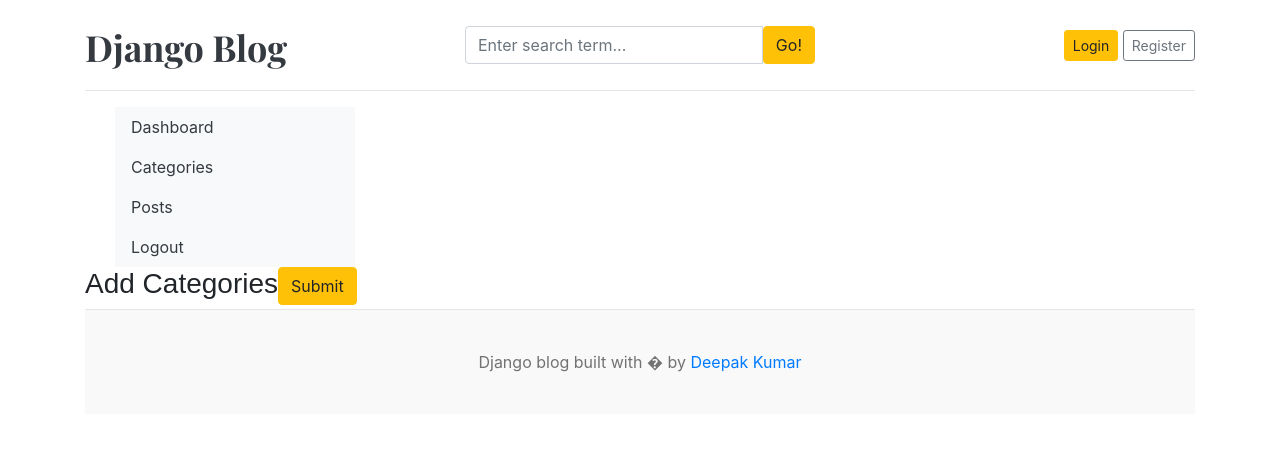
Repository: vijayholve/Blog-Website-Django
Page: templates/dashboard/add_categories.html
The author's editor kept a copy of each file at every save. The page is drawn from the files as they stood at one save, then again after a run of saves.
The browser window is 1280 px wide. The pictures show the whole page.
The template is drawn by Django 5.2. The application's start-up code is not run. Other server files are loaded and not shown. The template is opened directly, without the code that normally fills it, so the values that code supplies are empty.

Above is the page before, as saved 2025-01-29 15:47:04.

### templates/dashboard/add_categories.html
{% extends '../base/base.html' %}

{% block content %}
<div class="container-fluid">
    <!-- left sidebar -->
    {% include './leftsidebar.html' %}


    <!-- right sidebar -->
    <div class="row">
        <h3>Add Categories</h3>

      <form action="" method="POST" style="width: 500px;">
        {% csrf_token %}
        {{ form  }}
        <button type="submit" class="btn btn-warning">Submit</button>
      </form>
    </div>
</div>

{% endblock %}

### templates/base/base.html
<!-- Header part -->
{% include './header.html' %}

<!-- Main content part -->
{% block content %}

{% endblock %}

<!-- Footer -->
{% include './footer.html' %}

### templates/base/header.html
{% load static %}
<!DOCTYPE html>
<html lang="en">
<head>
    <meta charset="UTF-8">
    <meta http-equiv="X-UA-Compatible" content="IE=edge">
    <meta name="viewport" content="width=device-width, initial-scale=1.0">
    <title>SM Joshi Blogs</title>
    <link href="https://getbootstrap.com/docs/4.0/dist/css/bootstrap.min.css" rel="stylesheet">
    <link href="https://fonts.googleapis.com/css?family=Playfair+Display:700,900" rel="stylesheet">
    <link href="{% static 'css/blog.css' %}" rel="stylesheet">
    <link href="{% static 'css/Navbar.css' %}" rel="stylesheet">
    <link rel="stylesheet" href="https://cdn.jsdelivr.net/npm/bootstrap@4.4.1/dist/css/bootstrap.min.css" integrity="sha384-Vkoo8x4CGsO3+Hhxv8T/Q5PaXtkKtu6ug5TOeNV6gBiFeWPGFN9MuhOf23Q9Ifjh" crossorigin="anonymous">
    <link rel="stylesheet" href="https://cdnjs.cloudflare.com/ajax/libs/font-awesome/4.7.0/css/font-awesome.min.css">
  </head>
<body>
    <div class="container">
      <header class="blog-header py-3">
        <div class="row flex-nowrap justify-content-between align-items-center">
          <div class="col-4 pt-1">
            <a class="blog-header-logo text-dark" href="/">Django Blog</a>
          </div>
          <div class="col-4">
            <form action="{% url 'search' %}" method="GET">
              <div class="input-group">
                <input class="form-control" name="keyword" type="text" placeholder="Enter search term..." aria-label="Enter search term..." aria-describedby="button-search" />
                <button type="submit" class="btn btn-warning" id="button-search" type="button">Go!</button>
            </div>
            </form>
          </div>

          <div class="col-4 d-flex justify-content-end align-items-center">
            {% if not user.is_authenticated %}
            <a class="btn btn-sm btn-warning" href="{% url 'login' %}">Login</a> &nbsp;
            <a class="btn btn-sm btn-outline-secondary" href="{% url 'register' %}">Register</a>
            {% else %}
            <span><a href="{% url 'dashboard' %}" class="btn btn-warning">Dashboard</a></span> &nbsp;
            <span><a href="{% url 'logout' %}">Logout</a></span>
            {% endif %}
          </div>
        </div>
      </header>

      <div class="nav-scroller py-1 mb-2">
        <nav class="nav d-flex justify-content-between">
          {% for cat in categories %}
          <a class="p-2 text-muted" href="{% url 'posts_by_category' cat.id  %}">{{ cat.category_name }}</a>
          {% endfor %}
        </nav>
      </div>

### templates/dashboard/leftsidebar.html
<div class="col-md-3">
    <div class="nav flex-column nav-pills bg-light aria-orientation='vertical'">
        <a href="{% url 'dashboard' %}" class="nav-link text-dark {% if '/dashboard/' == request.path %} bg-warning {% endif %}">Dashboard</a>
         {% if perms.auth.view_user %}
          <a href="{% url 'users' %}" class="nav-link text-dark {% if '/users/' in request.path %} bg-warning {% endif %}">Users</a>
        {% endif %}
        <a href="{% url 'categories' %}" class="nav-link text-dark {% if '/categories/' in request.path %} bg-warning {% endif %}">Categories</a>
        <a href="{% url 'posts' %}" class="nav-link text-dark {% if '/posts/' in request.path %} bg-warning {% endif %}">Posts</a>
        <a href="" class="nav-link text-dark">Logout</a>
    </div>
</div>

### templates/base/footer.html
<footer class="blog-footer">
    <p>Django blog built with � by <a href="#">Deepak Kumar</a></p>
  </footer>
  </body>
  </html>

### static/css/blog.css
/* stylelint-disable selector-list-comma-newline-after */

.blog-header {
  border-bottom: 1px solid #e5e5e5;
}

.blog-header-logo {
  font-family: "Playfair Display", Georgia, "Times New Roman", serif/*rtl:Amiri, Georgia, "Times New Roman", serif*/;
  font-size: 2.25rem;
}

.blog-header-logo:hover {
  text-decoration: none;
}

h1, h2, h3, h4, h5, h6 {
  font-family: "Playfair Display", Georgia, "Times New Roman", serif/*rtl:Amiri, Georgia, "Times New Roman", serif*/;
}

.display-4 {
  font-size: 2.5rem;
}
@media (min-width: 768px) {
  .display-4 {
    font-size: 3rem;
  }
}

.flex-auto {
  flex: 0 0 auto;
}

.h-250 { height: 250px; }
@media (min-width: 768px) {
  .h-md-250 { height: 250px; }
}

/* Pagination */
.blog-pagination {
  margin-bottom: 4rem;
}

/*
 * Blog posts
 */
.blog-post {
  margin-bottom: 4rem;
}
.blog-post-title {
  font-size: 2.5rem;
}
.blog-post-meta {
  margin-bottom: 1.25rem;
  color: #727272;
}

/*
 * Footer
 */
.blog-footer {
  padding: 2.5rem 0;
  color: #727272;
  text-align: center;
  background-color: #f9f9f9;
  border-top: .05rem solid #e5e5e5;
}
.blog-footer p:last-child {
  margin-bottom: 0;
}

### static/css/Navbar.css
:root {
    --font-family-sans-serif: "Open Sans", -apple-system, BlinkMacSystemFont,
    "Segoe UI", Roboto, "Helvetica Neue", Arial, sans-serif, "Apple Color Emoji",
    "Segoe UI Emoji", "Segoe UI Symbol", "Noto Color Emoji";
}

*, *::before, *::after {
    -webkit-box-sizing: border-box;
    box-sizing: border-box;
}

html {
    font-family: sans-serif;
    line-height: 1.15;
    -webkit-text-size-adjust: 100%;
    -webkit-tap-highlight-color: rgba(0, 0, 0, 0);
}

nav {
    display: block;
}

body {
    margin: 0;
    font-family: "Open Sans", -apple-system, BlinkMacSystemFont, "Segoe UI",
    Roboto, "Helvetica Neue", Arial, sans-serif, "Apple Color Emoji",
    "Segoe UI Emoji", "Segoe UI Symbol", "Noto Color Emoji";
    font-size: 1rem;
    font-weight: 400;
    line-height: 1.5;
    color: #515151;
    text-align: left;
    background-color: #e9edf4;
}

h1, h2, h3, h4, h5, h6 {
    margin-top: 0;
    margin-bottom: 0.5rem;
}

p {
    margin-top: 0;
    margin-bottom: 1rem;
}

a {
    color: #3f84fc;
    text-decoration: none;
    background-color: transparent;
}

a:hover {
    color: #0458eb;
    text-decoration: underline;
}

h1, h2, h3, h4, h5, h6, .h1, .h2, .h3, .h4, .h5, .h6 {
    font-family: "Nunito", sans-serif;
    margin-bottom: 0.5rem;
    font-weight: 500;
    line-height: 1.2;
}

h1, .h1 {
    font-size: 2.5rem;
    font-weight: normal;
}

.card {
    position: relative;
    display: -webkit-box;
    display: -webkit-flex;
    display: -ms-flexbox;
    display: flex;
    -webkit-box-orient: vertical;
    -webkit-box-direction: normal;
    -webkit-flex-direction: column;
    -ms-flex-direction: column;
    flex-direction: column;
    min-width: 0;
    word-wrap: break-word;
    background-color: #fff;
    background-clip: border-box;
    border: 1px solid rgba(0, 0, 0, 0.125);
    border-radius: 0;
}

.card-body {
    -webkit-box-flex: 1;
    -webkit-flex: 1 1 auto;
    -ms-flex: 1 1 auto;
    flex: 1 1 auto;
    padding: 1.25rem;
}

.card-header {
    padding: 0.75rem 1.25rem;
    margin-bottom: 0;
    background-color: rgba(0, 0, 0, 0.03);
    border-bottom: 1px solid rgba(0, 0, 0, 0.125);
    text-align: center;
}

.dashboard {
    display: -webkit-box;
    display: -webkit-flex;
    display: -ms-flexbox;
    display: flex;
    min-height: 100vh;
}

.dashboard-app {
    display: -webkit-box;
    display: -webkit-flex;
    display: -ms-flexbox;
    display: flex;
    -webkit-box-orient: vertical;
    -webkit-box-direction: normal;
    -webkit-flex-direction: column;
    -ms-flex-direction: column;
    flex-direction: column;
    -webkit-box-flex: 2;
    -webkit-flex-grow: 2;
    -ms-flex-positive: 2;
    flex-grow: 2;
    margin-top: 84px;
}

.dashboard-content {
    -webkit-box-flex: 2;
    -webkit-flex-grow: 2;
    -ms-flex-positive: 2;
    flex-grow: 2;
    padding: 25px;
}

.dashboard-nav {
    min-width: 238px;
    position: fixed;
    left: 0;
    top: 0;
    bottom: 0;
    overflow: auto;
    background-color: #373193;
}

.dashboard-compact .dashboard-nav {
    display: none;
}

.dashboard-nav header {
    min-height: 84px;
    padding: 8px 27px;
    display: -webkit-box;
    display: -webkit-flex;
    display: -ms-flexbox;
    display: flex;
    -webkit-box-pack: center;
    -webkit-justify-content: center;
    -ms-flex-pack: center;
    justify-content: center;
    -webkit-box-align: center;
    -webkit-align-items: center;
    -ms-flex-align: center;
    align-items: center;
}

.dashboard-nav header .menu-toggle {
    display: none;
    margin-right: auto;
}

.dashboard-nav a {
    color: #515151;
}

.dashboard-nav a:hover {
    text-decoration: none;
}

.dashboard-nav {
    background-color: #443ea2;
}

.dashboard-nav a {
    color: #fff;
}

.brand-logo {
    font-family: "Nunito", sans-serif;
    font-weight: bold;
    font-size: 20px;
    display: -webkit-box;
    display: -webkit-flex;
    display: -ms-flexbox;
    display: flex;
    color: #515151;
    -webkit-box-align: center;
    -webkit-align-items: center;
    -ms-flex-align: center;
    align-items: center;
}

.brand-logo:focus, .brand-logo:active, .brand-logo:hover {
    color: #dbdbdb;
    text-decoration: none;
}

.brand-logo i {
    color: #d2d1d1;
    font-size: 27px;
    margin-right: 10px;
}

.dashboard-nav-list {
    display: -webkit-box;
    display: -webkit-flex;
    display: -ms-flexbox;
    display: flex;
    -webkit-box-orient: vertical;
    -webkit-box-direction: normal;
    -webkit-flex-direction: column;
    -ms-flex-direction: column;
    flex-direction: column;
}

.dashboard-nav-item {
    min-height: 56px;
    padding: 8px 20px 8px 70px;
    display: -webkit-box;
    display: -webkit-flex;
    display: -ms-flexbox;
    display: flex;
    -webkit-box-align: center;
    -webkit-align-items: center;
    -ms-flex-align: center;
    align-items: center;
    letter-spacing: 0.02em;
    transition: ease-out 0.5s;
}

.dashboard-nav-item i {
    width: 36px;
    font-size: 19px;
    margin-left: -40px;
}

.dashboard-nav-item:hover {
    background: rgba(255, 255, 255, 0.04);
}

.active {
    background: rgba(0, 0, 0, 0.1);
}

.dashboard-nav-dropdown {
    display: -webkit-box;
    display: -webkit-flex;
    display: -ms-flexbox;
    display: flex;
    -webkit-box-orient: vertical;
    -webkit-box-direction: normal;
    -webkit-flex-direction: column;
    -ms-flex-direction: column;
    flex-direction: column;
}

.dashboard-nav-dropdown.show {
    background: rgba(255, 255, 255, 0.04);
}

.dashboard-nav-dropdown.show > .dashboard-nav-dropdown-toggle {
    font-weight: bold;
}

.dashboard-nav-dropdown.show > .dashboard-nav-dropdown-toggle:after {
    -webkit-transform: none;
    -o-transform: none;
    transform: none;
}

.dashboard-nav-dropdown.show > .dashboard-nav-dropdown-menu {
    display: -webkit-box;
    display: -webkit-flex;
    display: -ms-flexbox;
    display: flex;
}

.dashboard-nav-dropdown-toggle:after {
    content: "";
    margin-left: auto;
    display: inline-block;
    width: 0;
    height: 0;
    border-left: 5px solid transparent;
    border-right: 5px solid transparent;
    border-top: 5px solid rgba(81, 81, 81, 0.8);
    -webkit-transform: rotate(90deg);
    -o-transform: rotate(90deg);
    transform: rotate(90deg);
}

.dashboard-nav .dashboard-nav-dropdown-toggle:after {
    border-top-color: rgba(255, 255, 255, 0.72);
}

.dashboard-nav-dropdown-menu {
    display: none;
    -webkit-box-orient: vertical;
    -webkit-box-direction: normal;
    -webkit-flex-direction: column;
    -ms-flex-direction: column;
    flex-direction: column;
}

.dashboard-nav-dropdown-item {
    min-height: 40px;
    padding: 8px 20px 8px 70px;
    display: -webkit-box;
    display: -webkit-flex;
    display: -ms-flexbox;
    display: flex;
    -webkit-box-align: center;
    -webkit-align-items: center;
    -ms-flex-align: center;
    align-items: center;
    transition: ease-out 0.5s;
}

.dashboard-nav-dropdown-item:hover {
    background: rgba(255, 255, 255, 0.04);
}

.menu-toggle {
    position: relative;
    width: 42px;
    height: 42px;
    display: -webkit-box;
    display: -webkit-flex;
    display: -ms-flexbox;
    display: flex;
    -webkit-box-align: center;
    -webkit-align-items: center;
    -ms-flex-align: center;
    align-items: center;
    -webkit-box-pack: center;
    -webkit-justify-content: center;
    -ms-flex-pack: center;
    justify-content: center;
    color: #443ea2;
}

.menu-toggle:hover, .menu-toggle:active, .menu-toggle:focus {
    text-decoration: none;
    color: #875de5;
}

.menu-toggle i {
    font-size: 20px;
}

.dashboard-toolbar {
    min-height: 84px;
    background-color: #dfdfdf;
    display: -webkit-box;
    display: -webkit-flex;
    display: -ms-flexbox;
    display: flex;
    -webkit-box-align: center;
    -webkit-align-items: center;
    -ms-flex-align: center;
    align-items: center;
    padding: 8px 27px;
    position: fixed;
    top: 0;
    right: 0;
    left: 0;
    z-index: 1000;
}

.nav-item-divider {
    height: 1px;
    margin: 1rem 0;
    overflow: hidden;
    background-color: rgba(236, 238, 239, 0.3);
}

@media (min-width: 992px) {
    .dashboard-app {
        margin-left: 238px;
    }

    .dashboard-compact .dashboard-app {
        margin-left: 0;
    }
}


@media (max-width: 768px) {
    .dashboard-content {
        padding: 15px 0px;
    }
}

@media (max-width: 992px) {
    .dashboard-nav {
        display: none;
        position: fixed;
        top: 0;
        right: 0;
        left: 0;
        bottom: 0;
        z-index: 1070;
    }

    .dashboard-nav.mobile-show {
        display: block;
    }
}

@media (max-width: 992px) {
    .dashboard-nav header .menu-toggle {
        display: -webkit-box;
        display: -webkit-flex;
        display: -ms-flexbox;
        display: flex;
    }
}

@media (min-width: 992px) {
    .dashboard-toolbar {
        left: 238px;
    }

    .dashboard-compact .dashboard-toolbar {
        left: 0;
    }
}

After the next 2 saves:
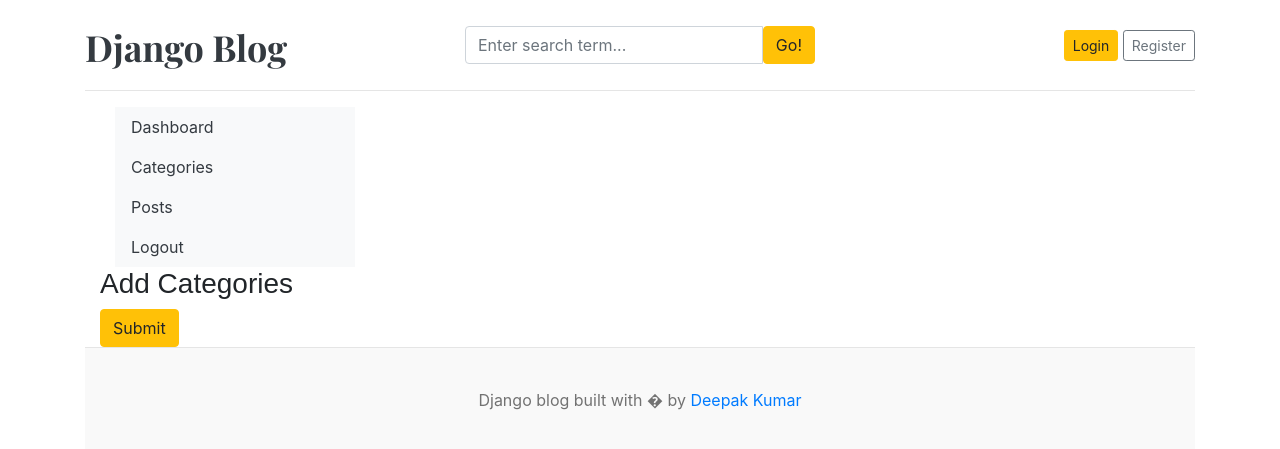
The 2 saves are shown as one change because they came seconds apart.
The last was saved 6 s later.
--- a/templates/dashboard/add_categories.html
+++ b/templates/dashboard/add_categories.html
@@ -7,7 +7,7 @@
 
 
     <!-- right sidebar -->
-    <div class="row">
+    <div class="">
         <h3>Add Categories</h3>
 
       <form action="" method="POST" style="width: 500px;">
